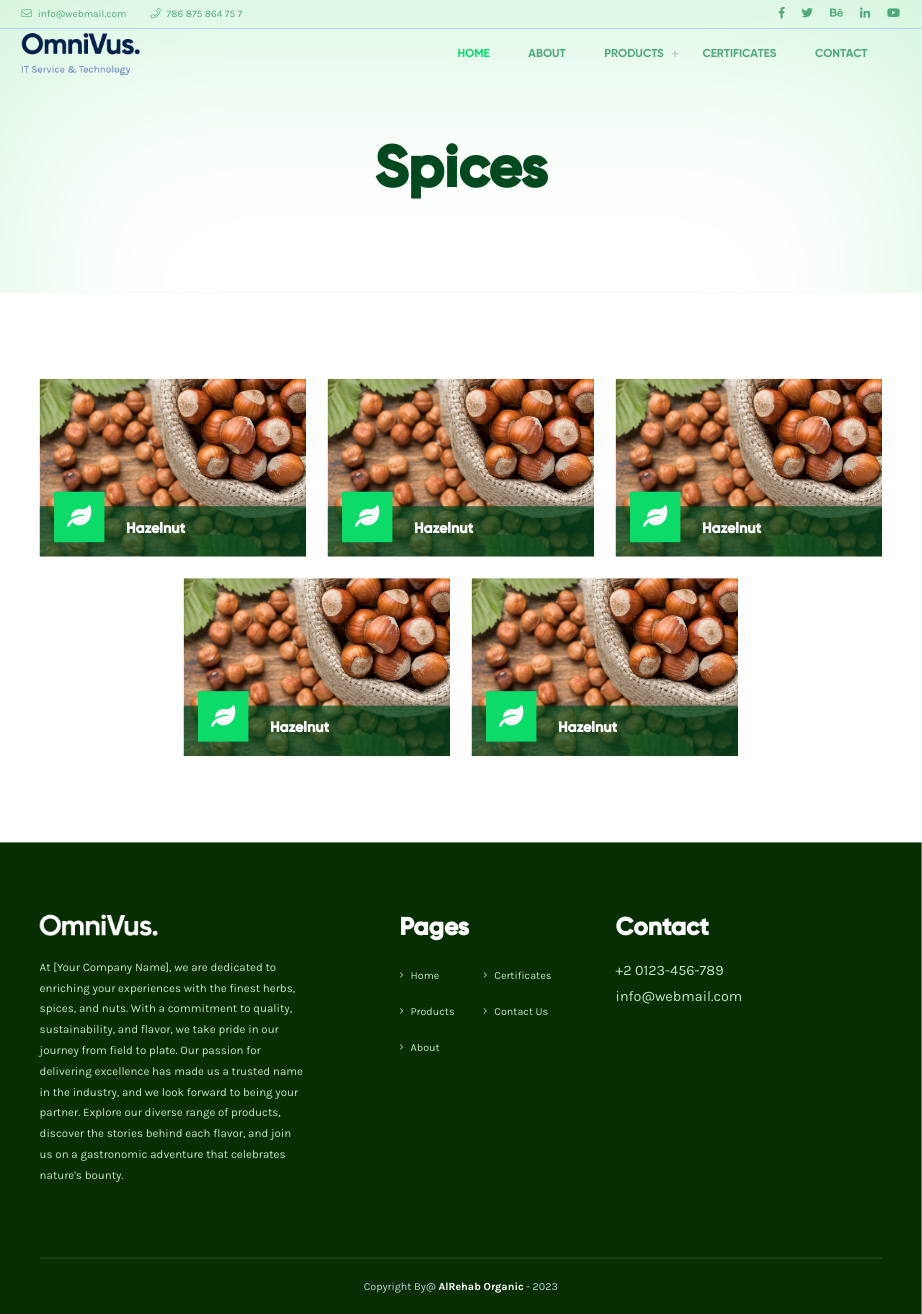
Repository: ziadmoh/alrehab-organic
Page: nuts.html
These files come from the project's save history. The page is drawn as it stood at one moment and after the next save; the edit follows.
The browser window is 1280 px wide. The pictures show the whole page, at 72% of full size.
The style sheet was rebuilt from its Sass, Less or Tailwind sources for each picture, by a compiler version that may differ from the author's.

Above is the page before, as saved 2023-09-26 12:16:51.

After the next save:
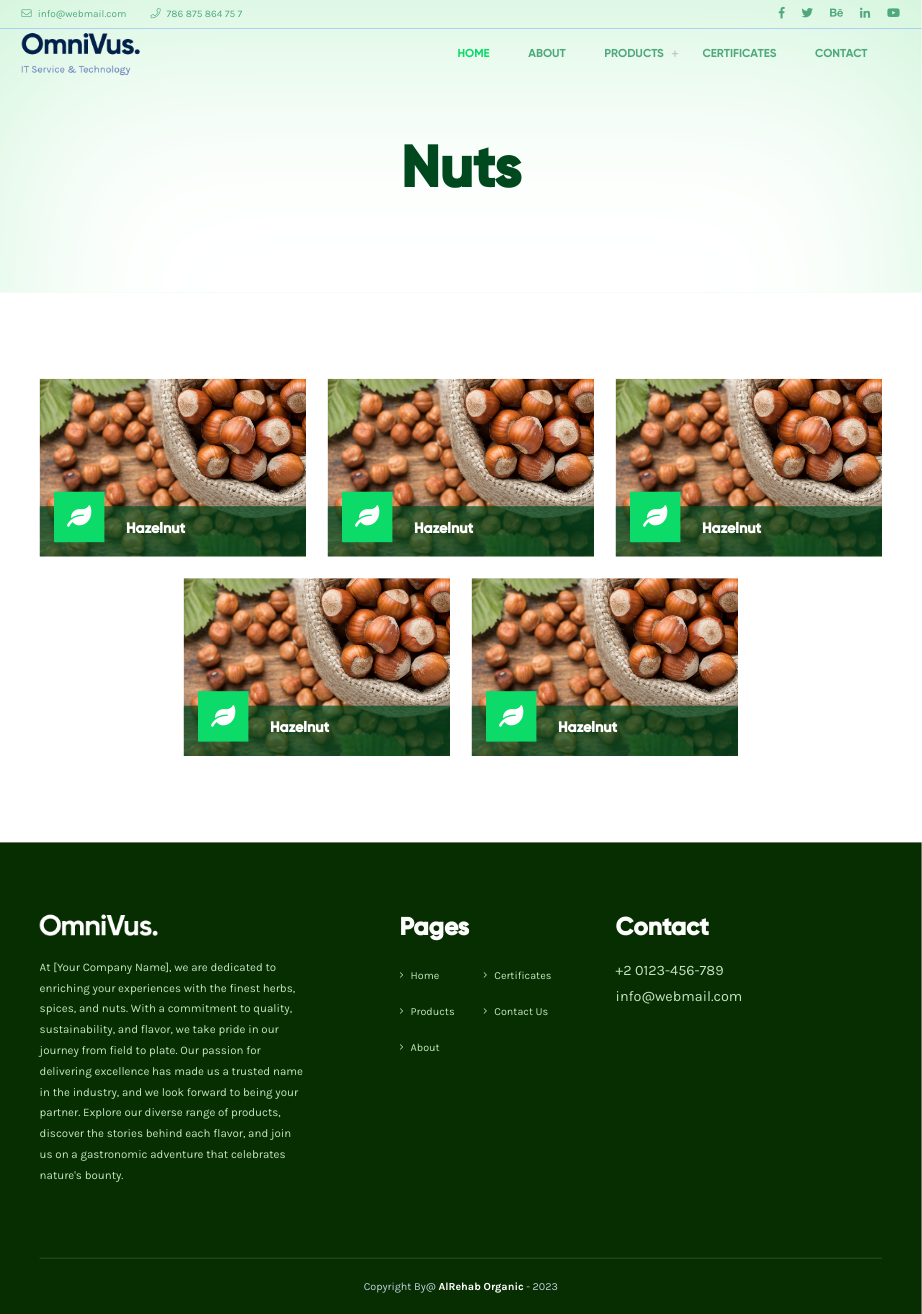
Saved 27 s later.
--- a/nuts.html
+++ b/nuts.html
@@ -114,7 +114,7 @@
     <!--====== Page Title start ======-->
     <section class="page-title-area">
         <div class="container">
-            <h2 class="title">Spices</h2>
+            <h2 class="title">Nuts</h2>
         </div>
     </section>
     <!--====== Page Title End ======-->
